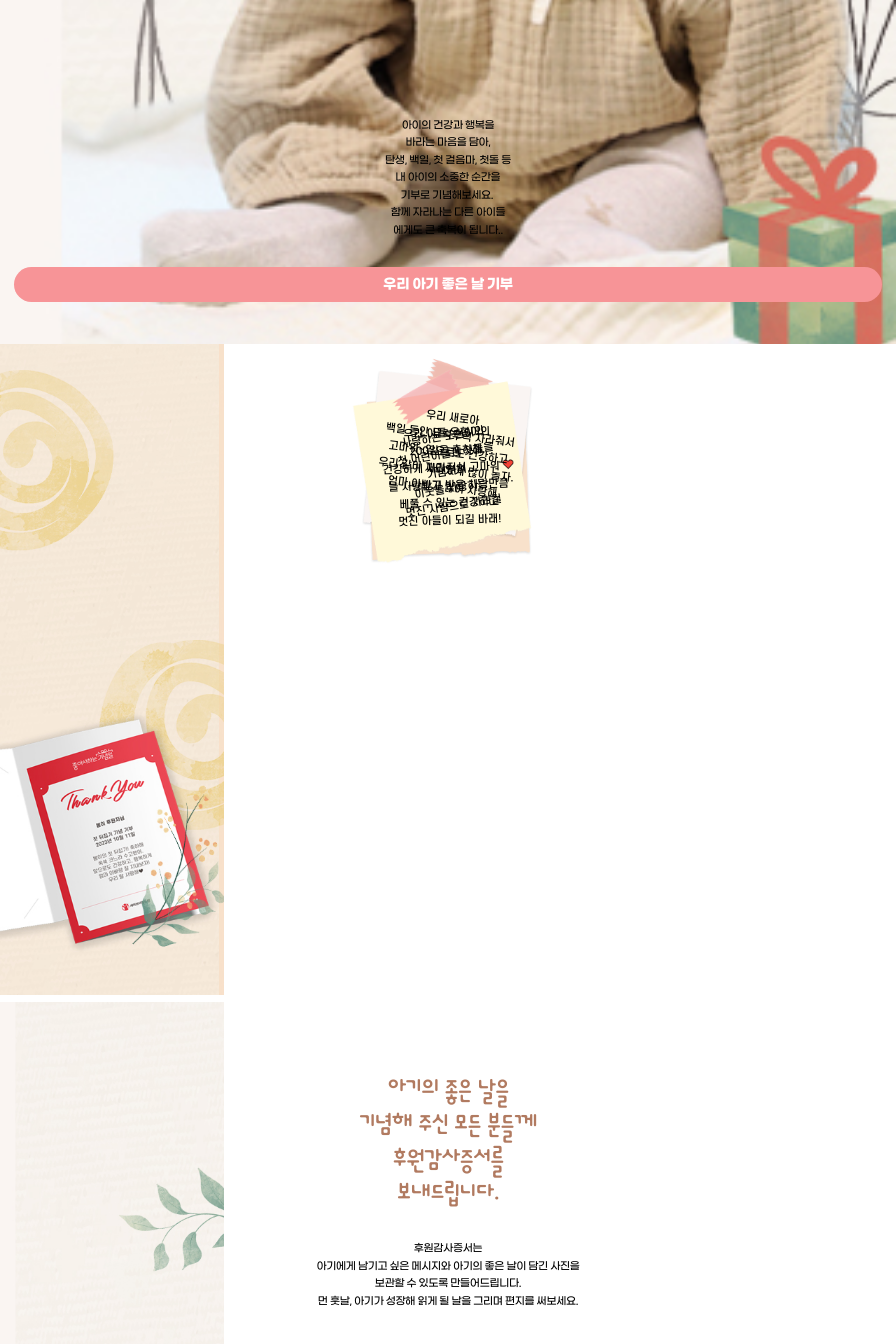
Repository: dlgywls1130/save_the_m320
Page: index.html
The author's editor kept a copy of each file at every save. The page is drawn from the files as they stood at one save, then again after the next save.
The browser window is 1280 px wide. The pictures show the part of the page from y = 519 to 2439 px (the page is 6830 px tall), at 70% of full size.

Above is the page before, as saved 2023-12-21 11:18:02.

### index.html
<!DOCTYPE html>
<html lang="en">
<head>
    <meta charset="UTF-8">
    <meta name="viewport" content="width=device-width, initial-scale=1.0">
    <title>세이브더칠드런</title>

    <link rel="stylesheet" href="./css/reset.css">
    <link rel="stylesheet" href="./css/style.css">

</head>
<body>
    <div class="content_body">
        <section class="section_wrapper section01">
            <div class="se01 se_wrapper">
                <div class="seo01_mobile_wrapp">
                    <div class="se01_sub">
                        <div class="sub_logo">
                            <img src="./img/logo01.png" alt="logo">
                        </div>
                        <p>우리 아기 좋은 날 기부</p>
                    </div>
                    <p class="seo01_title">
                        아가야,
                    </p>
                    <p class="seo01_title_two">
                        너의 <span id="rollingText">탄생</span> 순간을 축하해!
                    </p>
                </div>
                <div class="seo01_mobile_wrapp_bottom">
                    <p class="section_descript mb-45">
                        아이의 건강과 행복을
                        <br>바라는 마음을 담아,
                        <br>탄생, 백일, 첫 걸음마, 첫돌 등
                        <br>내 아이의 소중한 순간을
                        <br>기부로 기념해보세요.
                        <br>함께 자라나는 다른 아이들
                        <br>에게도 큰 축복이 됩니다..
                    </p>

                    <a class="donation_link" href="javascript:void(0)">우리 아기 좋은 날 기부</a>
                </div>

            </div>
        </section>
        <section class="section_wrapper section02">
            <div class="se02 se_wrapper">
                <div class="postit_wrapper">
                    <div class="postit postit01">
                        <p>우리 아들 우현이의<br>
                        200일을 축하해.<br>
                        <span>건강하게 자라줘서 고마워 <img src="./img/heart.png"></span>
                        늘 사랑받고 받은 사랑만큼<br>
                        베풀 수 있는 건강하고<br>
                        멋진 아들이 되길 바래!</p>
                    </div>
                    <div class="postit postit02">
                        <p>우리 새로아<Br>
                        백일 동안 무럭무럭 자라줘서<Br>
                        고마워~앞으로도 건강하고<Br>
                        우리 같이 재미있게 많이 놀자.<Br>
                        엄마,아빠가 많이 사랑해.</p>
                    </div>

                    <div class="postit postit05">
                        <p>사랑하는 도현이의<br>
                        첫 어린이날과 첫돌을<br>
                        기념하며, <br>
                        이웃을 사랑하는<br>
                        멋진 사람으로 자라길</p>

                    </div>
                    <!-- <div class="postit postit04">
                        <p>보미야<br>
                        첫 번째 생일 축하해<br>
                        너의 존재가 온 세상에<br>
                        봄이길 바랄게!   </p>
                    </div> -->

                    <!-- <div class="postit postit03">
                        <p>서진아<br>
                        우리에게 와줘서 고마워<br>
                        건강하고 행복하게 자라렴.<br>
                        사랑해♡      </p>
                    </div> -->

                </div>

            </div>
        </section>
        <section class="section_wrapper section03">
            <div class="se_wrapper se03">
                <div class="se_title_co">
                    아기의 좋은 날을<br> 기념해 주신 모든 분들께
                    <br>후원감사증서를 <br> 보내드립니다.
                </div>
                <div class="se_sub_co">
                    후원감사증서는<Br> 아기에게 남기고 싶은 메시지와 아기의 좋은 날이 담긴 사진을<br> 보관할 수 있도록
                    만들어드립니다.<br> 먼 훗날, 아기가 성장해 읽게 될 날을 그리며 편지를 써보세요.
                </div>
            </div>

        </section>
        <section class="section_wrapper section04">
            <div class="se_wrapper se04">
                <div class="se_title_co">
                    이름 자수 순면거즈블랭킷
                </div>
                <div class="se_sub_co">
                    30만원 이상 후원하신 분들께는<br> 순면 거즈 아기 블랭킷(90*110)에
                    <Br>원하시는 이름(영문)을<br> 예쁘게 수놓아 드립니다.
                </div>

                <div class="se04_slide mt-85">
                    <div class="se04_slide_list">
                        <img src="./img/slide03.jpg">
                    </div>
                    <div class="se04_slide_list">
                        <img src="./img/slide02.jpg">
                    </div>
                    <div class="se04_slide_list">
                        <img src="./img/slide01.jpg">
                    </div>
                </div>
            </div>
        </section>
        <section class="section_wrapper section05">
            <div class="se_wrapper se05">
                <div class="se_title_co">
                    후원신청 과정
                </div>


                <div class="se_sub_co">
                    30만원 이상 후원해 주신 경우,
                    <br>감사 선물 수령 주소 및 아기 블랭킷에 새겨질 문구 확인을 위한 문자가 발송됩니다.
                </div>

                <div class="se_step_list">
                    <div class="se_step">
                        <p class="step_number">1</p>
                        <div class="step_ico">
                            <img src="./img/icon01.png" alt="img">
                        </div>
                        <p class="step_descript">
                            후원신청하기
                        </p>
                    </div>
                    <div class="se_step">
                        <p class="step_number">2</p>
                        <div class="step_ico">
                            <img src="./img/icon02.png" alt="img">
                        </div>
                        <p class="step_descript">
                            후원감사증서
                            <Br>메시지 적기
                        </p>
                    </div>
                </div>
                <div class="se_step_list">
                    <div class="se_step">
                        <p class="step_number">3</p>
                        <div class="step_ico">
                            <img src="./img/icon03.png" alt="img">
                        </div>
                        <p class="step_descript">
                            신청완료
                        </p>
                    </div>
                    <div class="se_step">
                        <p class="step_number">4</p>
                        <div class="step_ico">
                            <img src="./img/icon04.png" alt="img">
                        </div>
                        <p class="step_descript">
                            후원감사증서 <Br>발송 (1주 이내)
                        </p>
                    </div>
                </div>


                <a class="donation_link" href="javascript:void(0)">우리 아기 좋은 날 기부</a>
            </div>

        </section>
        <section class="section_wrapper section06">
            <div class="se_wrapper se06">
                <div class="se_title_co">
                    후원금, 이렇게 쓰여요!
                </div>
                <div class="se_sub_co">
                    세이브더칠드런은 <Br><span>국내외 아동을 위한 교육,
                    <Br>보호, 보건영양지원,<Br> 아동권리옹호</span> 등의<Br> 활동을 해나가고 있습니다.
                </div>
                <div class="se_sub_co">
                    보내주신 후원금은<Br> 정치, 종교, 인종에 관계없이<Br> 모든 아이를 구해야 한다는
                    <Br>세이브더칠드런의 신념에 따라 <Br><span>가장 도움 필요한 아이를 위해 우선 사용</span>됩니다.
                </div>
            </div>

        </section>
        <section class="section_wrapper section07">
            <div class="se_wrapper se07">
                <div class="se_title_co">
                    FAQ
                </div>
                <div class="accordion">
                    <div class="accordion-item">
                        <h3 class="title">
                            <span>1. 30만원 이상 후원했습니다. <br>거즈 순면 블랭킷은 언제 오나요?</span>
                            <img src="./img/top.png">
                        </h3>
                        <p class="paragraph">
                            우리아기 축하기부로 30만원 이상 후원자님들께는 담요에 수놓을 아기 이름과
                            선물 수령 주소 확인을 위한 문자가 발송됩니다.
                            02-6900-4479로 발송되는 문자 속 설문조사에 답해주세요.
                            확인을 완료하신 분들께는 블랭킷 제작을 담당하고 있는 조니 스튜디오에서
                            아기 이름 자수 작업 완료 후 배송해 드립니다.

                        </p>
                    </div>
                    <div class="accordion-item">
                        <h3 class="title">
                            <span>2. 거즈 순면 블랭킷, 안전한 제품인가요?</span>
                            <img src="./img/top.png">
                        </h3>
                        <p class="paragraph">
                            본 블랭킷은 워싱된 3중 거즈로 제작되었으며, KC안전검사를 완료하였습니다.
                            소재 특성상 섬유 조각이 발생할 수 있어 망에 넣지 않고 3번 정도 물빨래 하시는 것을 권장합니다.

                        </p>
                    </div>
                    <div class="accordion-item">
                        <h3 class="title">
                            <span>3. 거즈 순면 블랭킷을 받았는 데 하자가 있어요. 어떻게 해야 하나요? </span>
                            <img src="./img/top.png">
                        </h3>
                        <p class="paragraph">
                            070-4220-4123 (조니스튜디오 CS)로 전화 연락 부탁드립니다. 하자 물품에 대한 교환은 수령일로부터 7일 이내에 조니스튜디오에 연락해주셔야 하며, 이로 인한 후원금 환불은 어렵습니다.
                        </p>
                    </div>
                    <div class="accordion-item">
                        <h3 class="title">
                            <span>4. 후원감사증서에 넣을 수 있는<Br> 사진 사이즈는 얼마인가요?</span>
                            <img src="./img/top.png">
                        </h3>
                        <p class="paragraph">
                            사진 인화 사이즈 5*7 인치에 맞추어서 제작되었습니다.  그보다 작은 사진일 경우, 후원감사증서
                            내부의 주머니에 넣어 보관하실 수도  있습니다.

                        </p>
                    </div>
                </div>
            </div>

        </section>
        <!-- <section class="section_wrapper section08">
            <div class="se_wrapper se08">
                <div class="se08_postion">
                    <p class="se08_title">우리 아기 좋은 날 기부</p>
                    <p class="se08_descript">
                        탄생, 백일, 첫 걸음마, 첫돌...
                        <br>소중한 우리 아기의 성장을 기념해 보세요!
                        <br>아기의 좋은 날이 모여 세상의 행복이 됩니다.
                    </p>
                    <a href="javascript:void(0)" class="more_btn">
                        <p>자세히보기</p>
                        <svg xmlns="http://www.w3.org/2000/svg" width="16" height="16" fill="currentColor" class="bi bi-chevron-right" viewBox="0 0 16 16">
                            <path fill-rule="evenodd" d="M4.646 1.646a.5.5 0 0 1 .708 0l6 6a.5.5 0 0 1 0 .708l-6 6a.5.5 0 0 1-.708-.708L10.293 8 4.646 2.354a.5.5 0 0 1 0-.708z"/>
                        </svg>
                    </a>
                </div>

            </div>
        </section> -->
    </div>

    <script src="https://ajax.googleapis.com/ajax/libs/jquery/1.12.4/jquery.min.js"></script>
    <script src="./js/main.js"></script>
</body>
</html>

### css/reset.css


html, body, div, span, applet, object, iframe,
h1, h2, h3, h4, h5, h6, p, blockquote, pre,
a, abbr, acronym, address, big, cite, code,
del, dfn, em, img, ins, kbd, q, s, samp,
small, strike, strong, sub, sup, tt, var,
b, u, i, center,
dl, dt, dd, ol, ul, li,
fieldset, form, label, legend,
table, caption, tbody, tfoot, thead, tr, th, td,
article, aside, canvas, details, embed,
figure, figcaption, footer, header, hgroup,
menu, nav, output, ruby, section, summary,
time, mark, audio, video {
	margin: 0;
	padding: 0;
	border: 0;
	font-size: 100%;
	font: inherit;
	vertical-align: baseline;
}

article, aside, details, figcaption, figure,
footer, header, hgroup, menu, nav, section {
	display: block;
}
body {
	line-height: 1;
}
ol, ul {
	list-style: none;
}
blockquote, q {
	quotes: none;
}
blockquote:before, blockquote:after,
q:before, q:after {
	content: '';
	content: none;
}
table {
	border-collapse: collapse;
	border-spacing: 0;
}

### css/style.css

/* root */
:root{
    --main-color:#B17A60;
    --pink-color:#F79497;
}


/* font */

/* dongle */
@font-face {
    font-family: 'Dongle';
    font-weight: 300;
    src: url('../font/Dongle-Light.ttf') format('ttf'),
    url('../font/Dongle-Light.woff') format('woff');
}

@font-face {
    font-family: 'Dongle';
    font-weight: 500;
    src: url('../font/Dongle-Regular.ttf') format('ttf'),
    url('../font/Dongle-Regular.woff') format('woff');
}

@font-face {
    font-family: 'Dongle';
    font-weight: 700;
    src: url('../font/Dongle-Bold.ttf') format('ttf'),
    url('../font/Dongle-Bold.woff') format('woff');
}


/* Gmarket */
@font-face {
    font-family: 'GmarketSans';
    font-weight: 300;
    src: url('../font/GmarketSansLight.ttf') format('ttf'),
    url('../font/GmarketSansLight.woff') format('woff');
}

@font-face {
    font-family: 'GmarketSans';
    font-weight: 500;
    src: url('../font/GmarketSansMedium.ttf') format('ttf'),
    url('../font/GmarketSansMedium.woff') format('woff');
}

@font-face {
    font-family: 'GmarketSans';
    font-weight: 700;
    src: url('../font/GmarketSansBold.ttf') format('ttf'),
    url('../font/GmarketSansBold.woff') format('woff');
}


/* nanumsqure */

@font-face {
    font-family: 'NanumSquare';
    font-weight: 400;
    src: url('../font/NanumSquareL.ttf') format('ttf'),
    url('../font/NanumSquareL.woff') format('woff');
}

@font-face {
    font-family: 'NanumSquare';
    font-weight: 500;
    src: url('../font/NanumSquareR.ttf') format('ttf'),
    url('../font/NanumSquareR.woff') format('woff');
}

@font-face {
    font-family: 'NanumSquare';
    font-weight: 600;
    src: url('../font/NanumSquareB.ttf') format('ttf'),
    url('../font/NanumSquareB.woff') format('woff');
}

@font-face {
    font-family: 'NanumSquare';
    font-weight: 700;
    src: url('../font/NanumSquareEB.ttf') format('ttf'),
    url('../font/NanumSquareEB.woff') format('woff');
}



/* scdream5 */
@font-face {
    font-family: 'SCDream5';
    src: url('../font/SCDream5.woff') format('woff'),
    url('../font/SCDream5.ttf') format('ttf'),
    url('../font/SCDream5.otf') format('otf');
}


.section_wrapper{
    max-width:100%;
    width: 100%;

}

.se_wrapper{
    max-width: 100%;
    width: 100%;
    position: relative;
    box-sizing: border-box;
}


/* section01 */


.section01{
    background: url('../img/back.jpg') no-repeat;
    height: 1010px;
    background-size: cover;
    background-position: 86%;
}

.se01{
    padding: 60px 20px;
    box-sizing: border-box;
    height: 100%;
    position: relative;
    display: flex;
    flex-direction: column;
    justify-content: space-between;
}
.se01_sub{
    display: flex;
    align-items: center;
    margin-bottom: 30px;
    flex-direction: column;
}

.sub_logo{
    width: 120px;
    height: 60px;
}

.sub_logo img{
    width: 100%;
    height: 100%;
    object-fit: contain;
}

.se01_sub p{
    width: 190px;
    height: 30px;
    background: #B17A60;
    border-radius: 15px;
    display: flex;
    align-items: center;
    justify-content: center;
    letter-spacing: -0.03em;
    font-size: 15px;
    font-weight: 700;
    font-family: 'GmarketSans',sans-serif;
    color: #fff;
}

.seo01_title{
    font-family: 'Dongle',sans-serif;
    font-weight: 500;
    font-size: 100px;
    color: var(--main-color);
    letter-spacing: -0.03em;
    text-align: center;
}

.seo01_title_two{
    font-family: 'Dongle',sans-serif;
    font-weight: 500;
    font-size: 50px;
    color: var(--main-color);
    letter-spacing: -0.03em;
    margin-top: -7%;
    margin-bottom: 50px;
    display: flex;
    align-items: center;
    white-space: nowrap;
    text-align: center;
    justify-content: center;
}

.seo01_title_two span{
    margin: 0 0.5rem;
}
.section_descript{
    font-size: 15px;
    line-height: 25px;
    font-family: 'GmarketSans';
    font-weight: 500;
    letter-spacing: -0.03em;
    color: #000;
    text-align: center;
}

.donation_link{
    width: 100%;
    height: 50px;
    border-radius: 100px;
    display: flex;
    align-items: center;
    justify-content: center;
    background: var(--pink-color);
    color: #fff;
    font-family: 'GmarketSans';
    font-size: 20px;
    font-weight: 700;
    letter-spacing: -0.03em;
    text-decoration: none;
    margin: 40px auto 0;
}


@keyframes roll {
    from {
        transform: translateY(40%);
        opacity: 0;
    }
    to {
        transform: translateY(0);
        opacity: 1;
    }
  }


  #rollingText.animate-text {
    animation: roll 0.5s ease-in-out;
}

/* section02 */

.section02{
    height: 940px;
    background: url('../img/back02.jpg') no-repeat;
}

.se02{
    box-sizing: border-box;
    height: 100%;
}
.postit_wrapper{
    width: 100%;
    padding: 40px 20px;
    position: relative;
    display: flex;
    flex-direction: column;
    align-items: center;
    box-sizing: border-box;
}

.ex_text{
    font-family: 'GmarketSans';
    font-size: 20px;
    font-weight: 500;
    letter-spacing: -0.03em;
}


.postit p img{
    width: 15px;
    height: auto;
    object-fit: contain;
}
.postit p{
    font-family: 'SCDream5';
    font-size: 15px;
    line-height: 25px;
    text-align: center;
    display: flex;
    justify-content: center;
    align-items: center;
    flex-direction: column;
    height: 100%;
}

.postit01{
    background:url('../img/post04.png') no-repeat;
    width: 285px;
    height: 300px;
    background-size: contain;
    box-sizing: border-box;
}

.postit01 p{
    transform: rotate(358deg);
}

.postit02{
    background: url('../img/post05.png') no-repeat;
    width: 285px;
    height: 300px;
    background-size: contain;
    box-sizing: border-box;
    margin-top: -27%;
}

.postit02 p{
    transform: rotate(7deg);
}

.postit03{
    background:url('../img/post02.png') no-repeat;
    width: 285px;
    height: 300px;
    background-size: contain;
    box-sizing: border-box;
    margin-top: -25%;
    transform: rotate(-14deg);
}

.postit03 p{
    transform: rotate(-7deg);
}

.postit04{
    background: url(../img/post03.png) no-repeat;
    width: 285px;
    height: 300px;
    background-size: cover;
    box-sizing: border-box;
    margin-top: -24%;
    transform: rotate(14deg);
}

.postit04 p{
    transform: rotate(7deg);
}

.postit05{
    background:url('../img/post01.png') no-repeat;
    width: 285px;
    height: 300px;
    background-size: contain;
    box-sizing: border-box;
    margin-top: -22%;
}

.postit05 p{
    transform: rotate(-9deg);
}

/* section03 */

.section03{
    height: 1200px;
    background: url('../img/back03.jpg') no-repeat;
}

.se03{
    padding: 100px 20px 70px;
    box-sizing: border-box;
    height: 100%;
}


.se_title_co{
    font-size: 50px;
    line-height: 50px;
    letter-spacing: -0.03em;
    font-family: 'Dongle';
    font-weight: 500;
    color: var(--main-color);
    text-align: center;
}

.se_sub_co{
    font-size: 15px;
    letter-spacing: -0.03em;
    line-height: 25px;
    font-family: 'GmarketSans';
    font-weight: 500;
    text-align: center;
    margin-top: 40px;
}

/* section04 */

.section04{
    height: 1180px;
    background: url('../img/back04.jpg') no-repeat;
}

.se04{
    padding: 90px 20px;
    box-sizing: border-box;
    height: 100%;
}

.se04_slide{
    margin: 60px auto 0;
}


.se04_slide_list{
    width: 280px;
    height: 240px;
    border-radius: 9px;
    margin-bottom: 10px;
}

.se04_slide_list img{
    width:100%;
height: 100%;
object-fit: cover;
border-radius: 15px;
}
/* section05 */
.section05{
    height:900px;
    background: url('../img/back05.jpg') no-repeat;
}

.se05{
    padding: 100px 20px 80px;
    box-sizing: border-box;
    height: 100%;
}

.se_step_list{
    display: flex;
    align-content: center;
    margin-top: 20px;
    position: relative;
    flex-wrap: wrap;
    justify-content: space-between;
}


.se_step_list .se_step{
    position: relative;
    display: flex;
    flex-direction: column;
    align-items: center;
}

.step_number{
    font-size: 25px;
    letter-spacing: -0.03em;
    line-height: 35px;
    font-weight: 700;
    font-family: 'GmarketSans';
    position: absolute;
    left: 10%;
    top: 0;
    color: var(--main-color);
    z-index: 2;
}

.se_step_list .se_step .step_ico{
    width: 125px;
    height: 125px;
    border-radius: 50%;
    background-color: #fff;
    display: flex;
    align-items: center;
    justify-content: center;
    position: relative;
    z-index: 1;
}

.se_step_list .se_step .step_ico img {
    width: 80px;
    height: 80px;
    object-fit: contain;
    object-position: 73%;
}

.step_descript{
    font-size: 15px;
    letter-spacing: -0.03em;
    line-height: 23px;
    font-weight: 500;
    font-family: 'GmarketSans';
    text-align: center;
    margin-top: 15px;
    color: #000;
}


.section05 .donation_link{
    margin: 70px auto 0;
}


/* section06 */
.section06{
    height:600px;
    background: url('../img/back06.jpg') no-repeat;
}

.se06{
    padding: 100px 20px;
    height: 100%;
    box-sizing: border-box;
}


.se_sub_co span{
    font-weight: 700;
}
/* section07 */

.section07{
    height:1000px;
    background: url('../img/back07.jpg') no-repeat;
}

.se07{
    padding: 100px 20px;
    height: 100%;
    box-sizing: border-box;
}


.accordion{
    margin-top: 38px;
}
.accordion-item {
    padding:15px 0;
    margin: 0;
    overflow: hidden;
}

.accordion-item .title {
    display: flex;
    justify-content: center;
    align-items: center;
    font-weight: 700;
    font-size: 15px;
    line-height: 30px;
    letter-spacing: -0.03em;
    cursor: pointer;
    width: 100%;
    height: 120px;
    border-radius: 20px;
    background-color: #fff;
    color: var(--main-color);
    padding: 0 20px;
    font-family: 'GmarketSans';
    box-sizing: border-box;
    text-indent: -10px;
    flex-direction: column;
    text-align: center;
}

.accordion-item .title img {
    font-size: 0.9rem;
    color: #454545;
    transform: rotate(0);
    transition: transform 0.15s ease;
    width: 20px;
    height: auto;
}

.accordion-item .paragraph {
    font-weight: 500;
    font-size: 20px;
    letter-spacing: -0.03em;
    color: #000;
    display: none;
    padding: 30px 35px 15px;
    list-style: inside;
    line-height: 30px;
    font-family: 'GmarketSans';
}

.accordion-item .paragraph .indent{
    text-indent: 1rem;
}


.accordion-item .paragraph span{
    font-weight: bold;
}

.accordion-item.active .title img{
    transform: rotate(180deg);
}

.accordion-item.active .paragraph {
    display: block;
}


/* section08 */

.section08{
    height:500px;
    background: url('../img/banner.jpg') no-repeat;
}
.se08{
    position: relative;
    height: 100%;
}

.se08_postion{
    display: flex;
    align-items: center;
    justify-content: center;
    flex-direction: column;
    height: 100%;
}

.se08_title{
    font-family: 'NanumSquare';
    font-weight: 600;
    font-size: 30px;
    letter-spacing: -0.05em;
    line-height: 50px;
    position: relative;
    text-align: center;
    margin-bottom: 30px;
}



.se08_descript{
    font-family: 'NanumSquare';
    font-weight: 500;
    font-size: 20px;
    line-height: 30px;
    letter-spacing: -0.05em;
    text-align: center;
}

.more_btn{
    margin-top: 38px;
    width: 150px;
    height: 40px;
    background: #543F2C;
    display: flex;
    align-items: center;
    justify-content: center;
    text-decoration: none;
}

.more_btn p{
    font-family: 'NanumSquare';
    font-weight: 500;
    font-size: 18px;
    color: #fff;

}

.more_btn svg{
    fill: #fff;
}

Loaded but not shown: js/main.js (46 lines, source omitted)

After the next save:
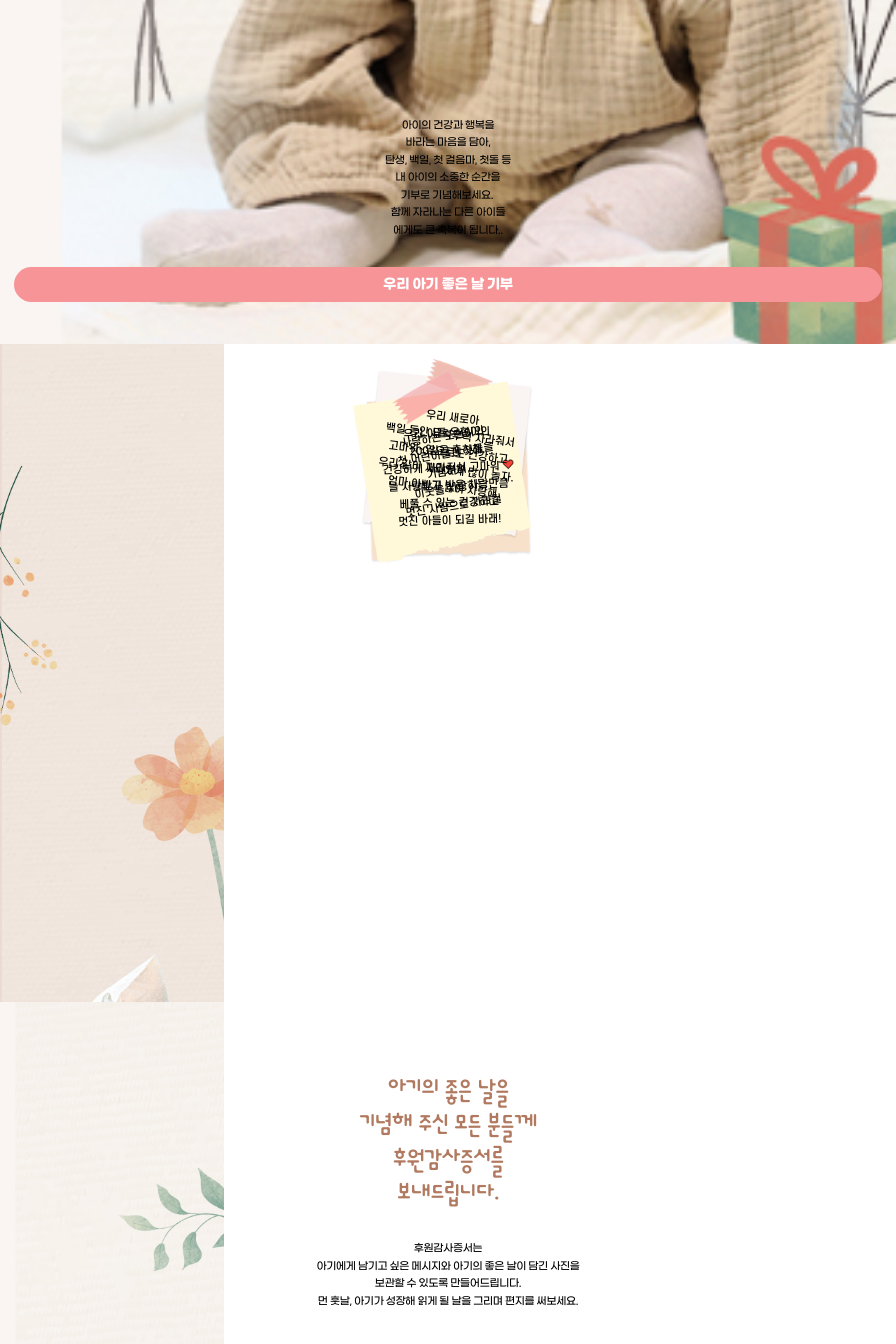
Saved 48 s later.
--- a/css/style.css
+++ b/css/style.css
@@ -236,7 +236,7 @@
 
 .section02{
     height: 940px;
-    background: url('../img/back02.jpg') no-repeat;
+    background: url('../img/back01.jpg') no-repeat;
 }
 
 .se02{
